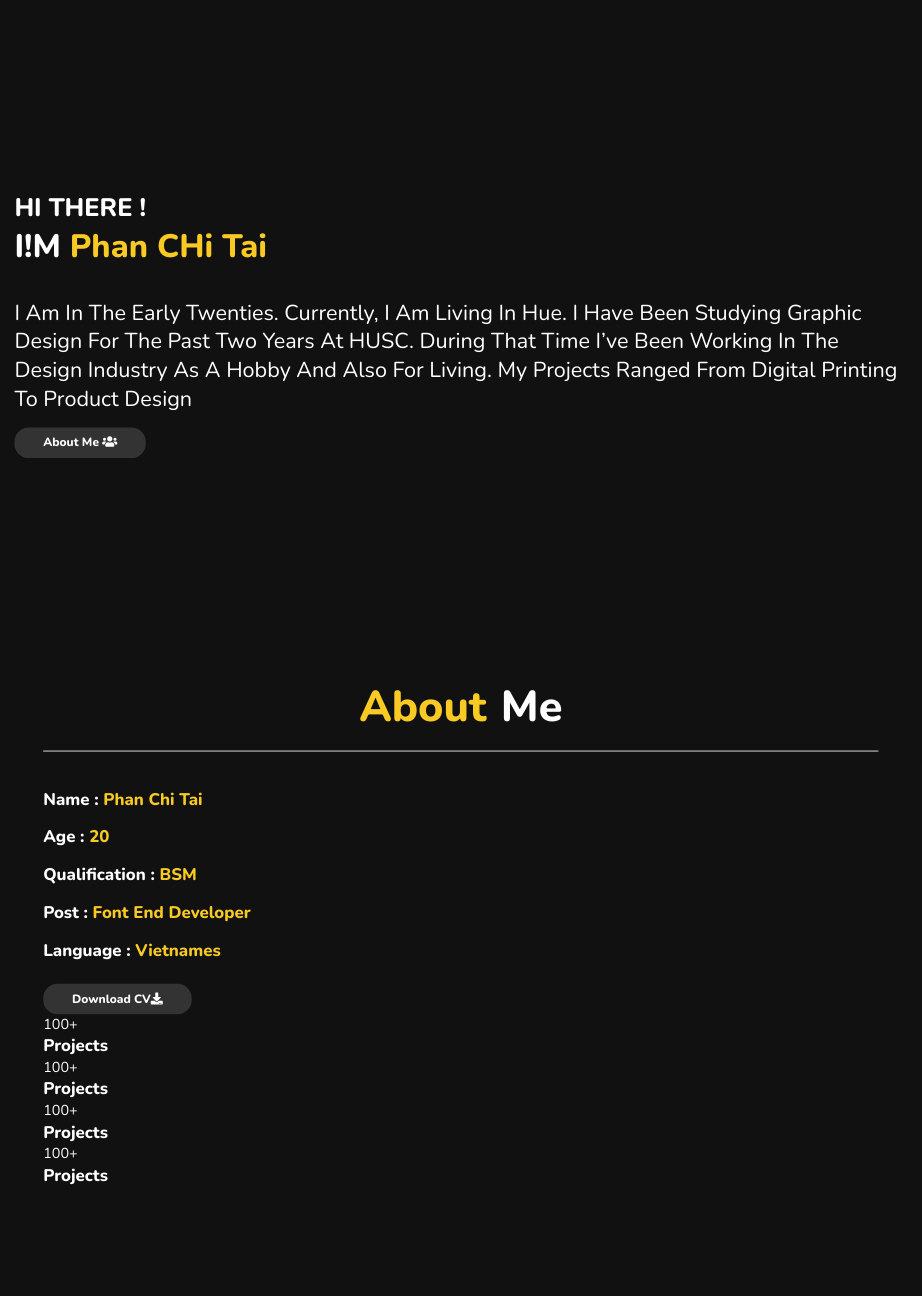
Repository: PCTai/My-profile
Page: index.html
An editor plug-in stored every save of this project. The page is shown before and after the next save, followed by the edit.
The browser window is 1024 px wide. The pictures show the whole page, at 90% of full size.

Above is the page before, as saved 2021-11-25 20:59:53.

After the next save:
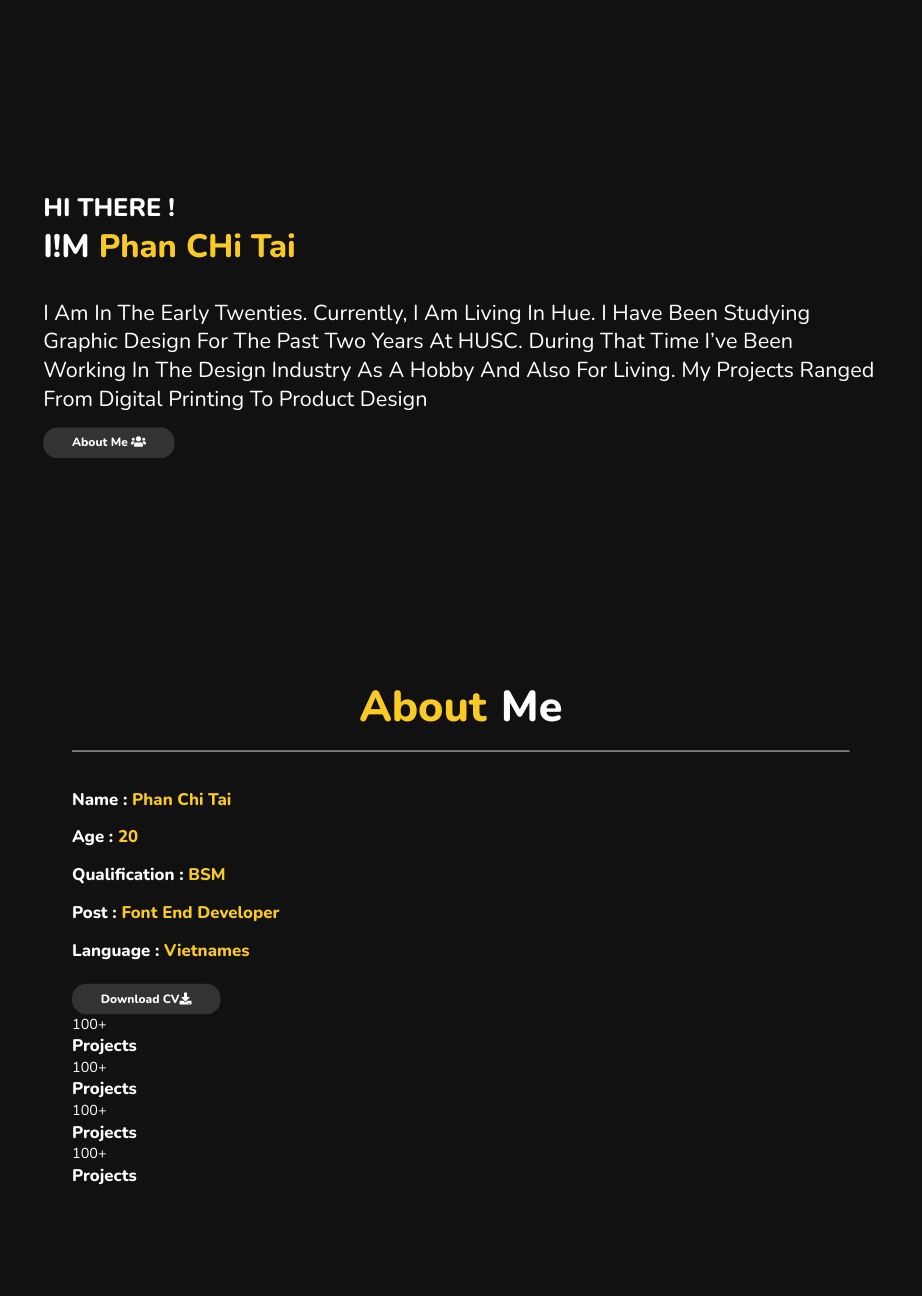
Saved 86 s later.
--- a/assets/css/reponsive.css
+++ b/assets/css/reponsive.css
@@ -9,7 +9,7 @@
         left: -125%;
     }
     body{
-        padding-left: 0;
+        padding: 0 2rem;
     }
 
 }
